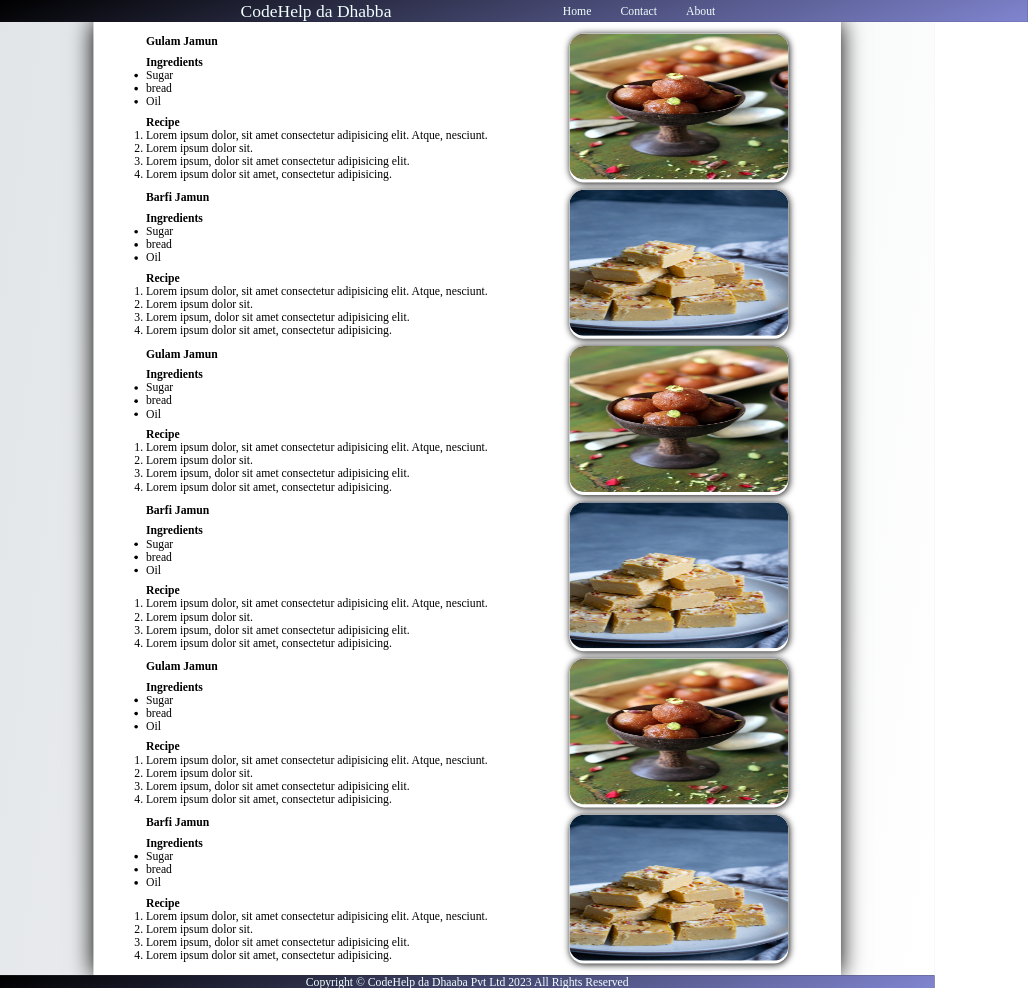
Repository: ssaddamhuss100/Recipe_Html_css
Page: index.html
The author's editor kept a copy of each file at every save. The page is drawn from the files as they stood at one save, then again after the next save.
The browser window is 1280 px wide. The page is 1408 px wide, so the pictures cover 1408 px, including what lies to the right of the window. The pictures show the whole page, at 73% of full size.

Above is the page before, as saved 2024-12-12 11:03:05.

### index.html
<!DOCTYPE html>
<html lang="en">
<head>
    <meta charset="UTF-8">
    <meta http-equiv="X-UA-Compatible" content="IE=edge">
    <meta name="viewport" content="width=device-width, initial-scale=1.0">
    <title>Codehelp da Dhaaba</title>
    <link rel="stylesheet" href="style.css">
</head>
<body>

    <div class="container">

        <header>
            <div class="navContainer">
                <nav>
                    <ul id="navList">
                        <li>
                            <p id="navLogo">CodeHelp da Dhabba</p>
                        </li>
                        <li>
                            <div id="navItems">
                                <a href="#">Home</a>
                                <a href="#">Contact</a>
                                <a href="#">About</a>
                            </div>
                        </li>
                    </ul>
                </nav>
            </div>
        </header>

        <main>
            <div class="contentBox">
                <!-- item 1  -->
                <section>
                    <div class="item">
                        <div class="leftBox">
                            <!-- heaeding -->
                            <h2>Gulam Jamun</h2>

                            <div>
                                <h2>Ingredients</h2>
                                <ul class="ingBox">
                                    <li>Sugar</li>
                                    <li>bread</li>
                                    <li>Oil</li>
                                </ul>
                            </div>

                            <div>
                                <h2>Recipe</h2>
                                <ol class="recipeBox">
                                    <li>Lorem ipsum dolor, sit amet consectetur adipisicing elit. Atque, nesciunt.</li>
                                    <li>Lorem ipsum dolor sit.</li>
                                    <li>Lorem ipsum, dolor sit amet consectetur adipisicing elit.</li>
                                    <li>Lorem ipsum dolor sit amet, consectetur adipisicing.</li>
                                </ol>
                            </div>



                        </div>

                        <div class="rightBox">
                            <img
                                src="bread-gulab-jamun-recipe.jpg"
                            />
                            <div class="overlay">
                                <span> Click here to Buy</span>
                            </div>
                        </div>
                    </div>
                </section>

                <section>
                    <div class="item">
                        <div class="leftBox">
                            <!-- heaeding -->
                            <h2>Barfi Jamun</h2>

                            <div>
                                <h2>Ingredients</h2>
                                <ul>
                                    <li>Sugar</li>
                                    <li>bread</li>
                                    <li>Oil</li>
                                </ul>
                            </div>

                            <div>
                                <h2>Recipe</h2>
                                <ol>
                                    <li>Lorem ipsum dolor, sit amet consectetur adipisicing elit. Atque, nesciunt.</li>
                                    <li>Lorem ipsum dolor sit.</li>
                                    <li>Lorem ipsum, dolor sit amet consectetur adipisicing elit.</li>
                                    <li>Lorem ipsum dolor sit amet, consectetur adipisicing.</li>
                                </ol>
                            </div>



                        </div>
                        <div class="rightBox">
                            <img
                                src="Magaz-5-of-5-2-960x1440.jpg"
                            />
                        </div>
                    </div>
                </section>

                <section>
                    <div class="item">
                        <div class="leftBox">
                            <!-- heaeding -->
                            <h2>Gulam Jamun</h2>

                            <div>
                                <h2>Ingredients</h2>
                                <ul class="ingBox">
                                    <li>Sugar</li>
                                    <li>bread</li>
                                    <li>Oil</li>
                                </ul>
                            </div>

                            <div>
                                <h2>Recipe</h2>
                                <ol class="recipeBox">
                                    <li>Lorem ipsum dolor, sit amet consectetur adipisicing elit. Atque, nesciunt.</li>
                                    <li>Lorem ipsum dolor sit.</li>
                                    <li>Lorem ipsum, dolor sit amet consectetur adipisicing elit.</li>
                                    <li>Lorem ipsum dolor sit amet, consectetur adipisicing.</li>
                                </ol>
                            </div>



                        </div>

                        <div class="rightBox">
                            <img
                                src="bread-gulab-jamun-recipe.jpg"
                            />
                            <div class="overlay">
                                <span> Click here to Buy</span>
                            </div>
                        </div>
                    </div>
                </section>

                <section>
                    <div class="item">
                        <div class="leftBox">
                            <!-- heaeding -->
                            <h2>Barfi Jamun</h2>

                            <div>
                                <h2>Ingredients</h2>
                                <ul>
                                    <li>Sugar</li>
                                    <li>bread</li>
                                    <li>Oil</li>
                                </ul>
                            </div>

                            <div>
                                <h2>Recipe</h2>
                                <ol>
                                    <li>Lorem ipsum dolor, sit amet consectetur adipisicing elit. Atque, nesciunt.</li>
                                    <li>Lorem ipsum dolor sit.</li>
                                    <li>Lorem ipsum, dolor sit amet consectetur adipisicing elit.</li>
                                    <li>Lorem ipsum dolor sit amet, consectetur adipisicing.</li>
                                </ol>
                            </div>



                        </div>
                        <div class="rightBox">
                            <img
                                src="Magaz-5-of-5-2-960x1440.jpg"
                            />
                        </div>
                    </div>
                </section>

                <section>
                    <div class="item">
                        <div class="leftBox">
                            <!-- heaeding -->
                            <h2>Gulam Jamun</h2>

                            <div>
                                <h2>Ingredients</h2>
                                <ul class="ingBox">
                                    <li>Sugar</li>
                                    <li>bread</li>
                                    <li>Oil</li>
                                </ul>
                            </div>

                            <div>
                                <h2>Recipe</h2>
                                <ol class="recipeBox">
                                    <li>Lorem ipsum dolor, sit amet consectetur adipisicing elit. Atque, nesciunt.</li>
                                    <li>Lorem ipsum dolor sit.</li>
                                    <li>Lorem ipsum, dolor sit amet consectetur adipisicing elit.</li>
                                    <li>Lorem ipsum dolor sit amet, consectetur adipisicing.</li>
                                </ol>
                            </div>



                        </div>

                        <div class="rightBox">
                            <img
                                src="bread-gulab-jamun-recipe.jpg"
                            />
                            <div class="overlay">
                                <span> Click here to Buy</span>
                            </div>
                        </div>
                    </div>
                </section>

                <section>
                    <div class="item">
                        <div class="leftBox">
                            <!-- heaeding -->
                            <h2>Barfi Jamun</h2>

                            <div>
                                <h2>Ingredients</h2>
                                <ul>
                                    <li>Sugar</li>
                                    <li>bread</li>
                                    <li>Oil</li>
                                </ul>
                            </div>

                            <div>
                                <h2>Recipe</h2>
                                <ol>
                                    <li>Lorem ipsum dolor, sit amet consectetur adipisicing elit. Atque, nesciunt.</li>
                                    <li>Lorem ipsum dolor sit.</li>
                                    <li>Lorem ipsum, dolor sit amet consectetur adipisicing elit.</li>
                                    <li>Lorem ipsum dolor sit amet, consectetur adipisicing.</li>
                                </ol>
                            </div>



                        </div>
                        <div class="rightBox">
                            <img
                                src="Magaz-5-of-5-2-960x1440.jpg"
                            />
                        </div>
                    </div>
                </section>
            </div>
        </main>

        <footer>
           <div class="footerBox">
                <p>
                    Copyright  &copy; CodeHelp da Dhaaba Pvt Ltd 2023 All Rights Reserved
                </p>
           </div>
        </footer>


    </div>

</body>
</html>

### style.css
*{
    margin: 0;
    padding: 0;
    box-sizing: border-box;
}
.container{
    height: 100%;
    width: 100%;
    overflow-x: none;
    background-color: #e2e5e8;
    background-image: linear-gradient(98deg, #e2e5e8 0%, #ffffff 100%);

}

.navContainer{
    width: 110vw;
    /* background-color: rgba(113, 113, 154, 0.776);
    */
    background-color: #000000;
   background-image: linear-gradient(160deg, #000000 0%, #8085d0 100%);

    min-height: 30px;
    display: flex;
    justify-content: center;
    align-items: center;
    position: relative;
}
nav{
    width: 70%;
}
#navList{
    width: 90%;
    padding: 1px;

    list-style: none;
    font-size: 1rem;
    display: flex;
    justify-content: space-around;
    align-items: center;
}

#navLogo{
    font-size: 1.5rem;
    color: azure;
}

a{
    text-decoration: none;
    color: azure;
}
#navItems{
    display: flex;
    gap:40px;

}

footer{
    width: 100%;
}

.footerBox{
    background-color: #000000;
    background-image: linear-gradient(160deg, #000000 0%, #8085d0 100%);
    width: 100%;
    text-align: center;
    min-height: 10px;
}

.footerBox p {
    color: azure;
    font-size: 1rem;
}

.contentBox{
    width: 80%;
    margin: auto;
    background-color: white;
    display: flex;
    flex-direction: column;
    gap: 10px;
    padding: 1rem;
    box-shadow: 0px 0px 30px black;
}

.item{
    display: flex;
    justify-content: space-around;
    align-items: center;
}

.rightBox{
    position: relative;
    overflow: hidden;
    transition: all 0.3s linear 0s;
    box-shadow: 1px 1px 10px black;
    border-radius: 20px;
}

.rightBox img{
    height: 200px;
    width: 300px;
    border-radius: 20px;
    transition: all 0.6s linear 0s;
}

.rightBox:hover{
    transform: scale(1.1);
}

.leftBox{
    display: flex;
    flex-direction: column;
    gap: 10px;
}
.leftBox h2{
    font-size: 1rem;
}

.ingBox{
    font-size: 1rem;
}

.recipeBox{
    font-size: 1rem;
}

.rightBox .overlay{
    position: absolute;
    top: 0;
    left: 0;
    height: 100%;
    width: 100%;
    background-color: rgba(36, 34, 34, 0.713);
    border-radius: 20px;
    display: flex;
    align-items: center;
    justify-content: center;
    opacity: 0;
    transition: all 0.3s linear 0s;
}

.rightBox:hover .overlay{
    opacity: 1;
}

.rightBox .overlay span{
    color: white;
    font-size: 1.2rem;
}

After the next save:
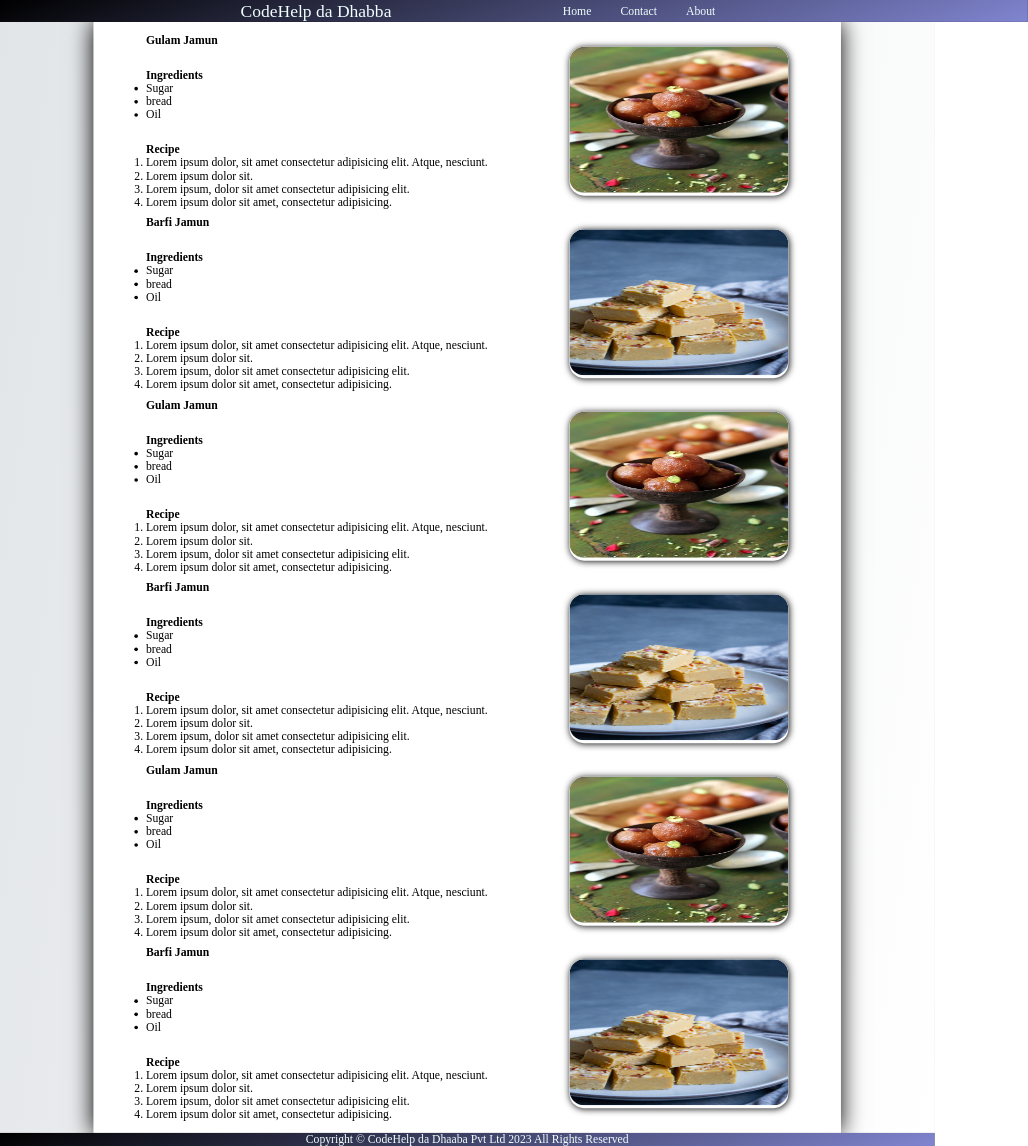
Saved 12 s later.
--- a/style.css
+++ b/style.css
@@ -110,7 +110,7 @@ footer{
 .leftBox{
     display: flex;
     flex-direction: column;
-    gap: 10px;
+    gap: 30px;
 }
 .leftBox h2{
     font-size: 1rem;
